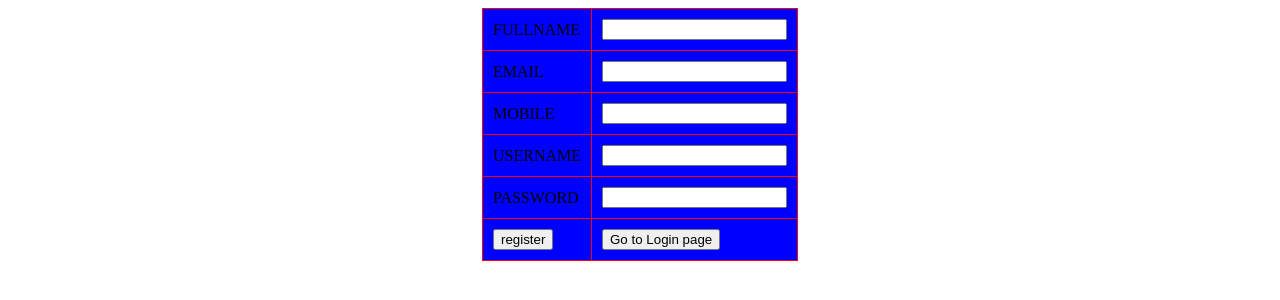
Repository: saik46573/sai
Page: eclipse-workspace/Project/src/main/webapp/Registration.html
An editor plug-in stored every save of this project. The page is shown before and after the next save, followed by the edit.
The browser window is 1280 px wide. The pictures show the whole page.

Above is the page before, as saved 2023-08-08 09:47:05.
Console error (its wording comes from the project's code and is left out).

### eclipse-workspace/Project/src/main/webapp/Registration.html
<!DOCTYPE html>
<html>
<head>
<meta charset="ISO-8859-1">
<title>Insert title here</title>
</head>
<body>
	<form action="app1" method ="post">
		<table align="center" border="1" bordercolor="red" bgcolor="blue" cellpadding="10px" style=" border-collapse:collapse">
			<tr>
				<td>FULLNAME</td>
				<td><input type ="text" name="fullname"></td>
			</tr>
			<tr>
				<td>EMAIL</td>
				<td><input type ="text" name="email"></td>
			</tr>
			<tr>
				<td>MOBILE</td>
				<td><input type ="text" name="mobile"></td>
			</tr>
			<tr>
				<td>USERNAME</td>
				<td><input type ="text" name="username"></td>
			</tr>
			<tr>
				<td>PASSWORD</td>
				<td><input type ="text" name="password"></td>
			</tr>
			<tr>
				<td><input type ="submit" value="register"></td>
				<td><input type ="button" value="Go to Login page" onclick=<a href={Login.html}></td>
			</tr>
		</table>
	</form>
</body>
</html>

After the next save:
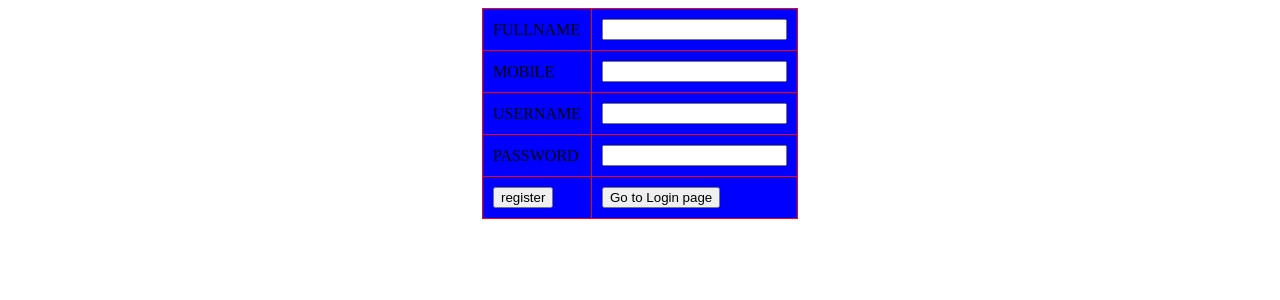
Saved 45 s later.
--- a/eclipse-workspace/Project/src/main/webapp/Registration.html
+++ b/eclipse-workspace/Project/src/main/webapp/Registration.html
@@ -10,10 +10,6 @@
 			<tr>
 				<td>FULLNAME</td>
 				<td><input type ="text" name="fullname"></td>
-			</tr>
-			<tr>
-				<td>EMAIL</td>
-				<td><input type ="text" name="email"></td>
 			</tr>
 			<tr>
 				<td>MOBILE</td>
